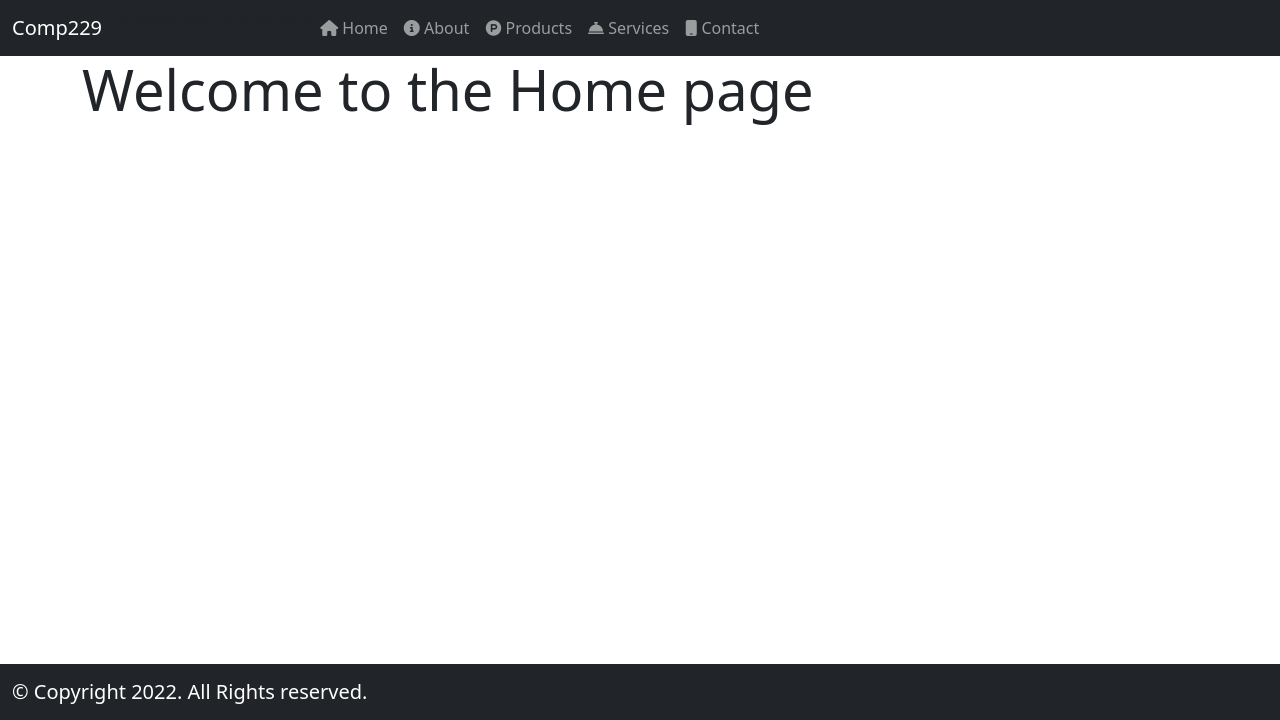
Repository: nhoque7/week3t.2
Page: http://localhost/
The author's editor kept a copy of each file at every save. The page is drawn from the files as they stood at one save, then again after the next save.
The browser window is 1280 px wide. The pictures show the whole page.
The page is served by the project's Node server (server.js). Other server files are loaded and not shown.

Above is the page before, as saved 2022-10-14 00:07:33.

### views/index.ejs
<%- include partials/header.ejs %>


<%- include partials/main_nav.ejs %>


  <!--Main Content-->
  <main class="container">
    <div class="jumbotorn">
      <h1 class="display-4">Welcome to the <%= title %> page</h1>
    </div>
  </main>

<%- include partials/bottom_nav.ejs %>

<%- include partials/footer.ejs %>

### views/partials/header.ejs
<!DOCTYPE html>
<html lang="en">
<head>
  <meta charset="UTF-8">
  <meta http-equiv="X-UA-Compatible" content="IE=edge">
  <meta name="viewport" content="width=device-width, initial-scale=1.0">
  <title><%= title %></title>
  <!-- CSS Section -->
  <link rel="stylesheet" href="/bootstrap/dist/css/bootstrap.min.css">
  <link rel="stylesheet" href="/@fortawesome/fontawesome-free/css/all.min.css">
  <link rel='stylesheet' href='/Content/app.css' />

</head>
<body>

### views/partials/main_nav.ejs
<!--Main Navigation-->
  <nav class="navbar navbar-expand-lg navbar-dark bg-dark">
    <div class="container-fluid">
      <a class="navbar-brand" href="/">Comp229</a>
      <button class="navbar-toggler" type="button" data-bs-toggle="collapse" data-bs-target="#navbarSupportedContent" aria-controls="navbarSupportedContent" aria-expanded="false" aria-label="Toggle navigation">
        <span class="navbar-toggler-icon"></span>
      </button>

      <div class="collapse navbar-collapse" id="navbarSupportedContent">
        <ul class="navbar-nav me-auto mb-2 mb-lg-0">

          <% if (title == "Home") { %>
          < class="nav-item active">
          <% } else { %>
          <% } %>
          <li class="nav-item">
            <a class="nav-link" aria-current="page" href="/home"><i class="fa-sharp fa-solid fa-house"></i> Home</a>
          </li>

          <% if (title == "About") { %>
          < class="nav-item active">
          <% } else { %>
          <% } %>
          <li class="nav-item">
            <a class="nav-link" aria-current="page" href="/about"><i class="fa-sharp fa-solid fa-circle-info"></i> About</a>
          </li>

          <% if (title == "Products") { %>
          < class="nav-item active">
          <% } else { %>
          <% } %>
          <li class="nav-item">
            <a class="nav-link" aria-current="page" href="/products"><i class="fa-brands fa-product-hunt"></i> Products</a>
          </li>

          <% if (title == "Services") { %>
          < class="nav-item active">
          <% } else { %>
          <% } %>
          <li class="nav-item">
            <a class="nav-link" aria-current="page" href="/services"><i class="fa-sharp fa-solid fa-bell-concierge"></i> Services</a>
          </li>

          <% if (title == "Contact") { %>
          < class="nav-item active">
          <% } else { %>
          <% } %>
          <li class="nav-item">
            <a class="nav-link" aria-current="page" href="/contact"><i class="fa-solid fa-mobile"></i> Contact</a>
          </li>

      </div>
    </div>
  </nav>

### views/partials/bottom_nav.ejs
<!-- Bottom Nav -->
  <footer>
    <nav class="navbar fixed-bottom navbar-dark bg-dark">

      <div class="container-fluid">
        <a class="navbar-brand" href="#">&copy; Copyright 2022. All Rights reserved.</a>
      </div>
    </nav>
  </footer>

### views/partials/footer.ejs
   <!-- Script Section -->
    <script src="/jquery/dist/jquery.min.js"></script>
    <script src="/bootstrap/dist/js/bootstrap.min.js"></script>
    <script src="/Scripts/app.js"></script>

</body>
</html>

### server.js
#!/usr/bin/env node

/**
 * Module dependencies.
 */

var app = require('./app');
var debug = require('debug')('week3.t.2:server');
var http = require('http');

/**
 * Get port from environment and store in Express.
 */

var port = normalizePort(process.env.PORT || '3000');
app.set('port', port);

/**
 * Create HTTP server.
 */

var server = http.createServer(app);

/**
 * Listen on provided port, on all network interfaces.
 */

server.listen(port);
server.on('error', onError);
server.on('listening', onListening);

/**
 * Normalize a port into a number, string, or false.
 */

function normalizePort(val) {
  var port = parseInt(val, 10);

  if (isNaN(port)) {
    // named pipe
    return val;
  }

  if (port >= 0) {
    // port number
    return port;
  }

  return false;
}

/**
 * Event listener for HTTP server "error" event.
 */

function onError(error) {
  if (error.syscall !== 'listen') {
    throw error;
  }

  var bind = typeof port === 'string'
    ? 'Pipe ' + port
    : 'Port ' + port;

  // handle specific listen errors with friendly messages
  switch (error.code) {
    case 'EACCES':
      console.error(bind + ' requires elevated privileges');
      process.exit(1);
      break;
    case 'EADDRINUSE':
      console.error(bind + ' is already in use');
      process.exit(1);
      break;
    default:
      throw error;
  }
}

/**
 * Event listener for HTTP server "listening" event.
 */

function onListening() {
  var addr = server.address();
  var bind = typeof addr === 'string'
    ? 'pipe ' + addr
    : 'port ' + addr.port;
  debug('Listening on ' + bind);
}

### routes/index.js
var express = require('express');
var router = express.Router();

/* GET home page. */
router.get('/', function(req, res, next) {
  res.render('index',
    { title: 'Home'});
});
/* GET home page. */
router.get('/home', function(req, res, next) {
  res.render('index',
    { title: 'Home'});
});
/* GET About page. */
router.get('/about', function(req, res, next) {
  res.render('index',
    { title: 'About'});
});
/* GET Products page. */
router.get('/products', function(req, res, next) {
  res.render('index',
    { title: 'Products'});
});
/* GET Services page. */
router.get('/services', function(req, res, next) {
  res.render('index',
    { title: 'Services'});
});

/* GET Contact Us page. */
router.get('/contact', function(req, res, next) {
  res.render('index',
    { title: 'Contact Us'});
});

module.exports = router;

### app.js
let createError = require('http-errors');
let express = require('express');
let path = require('path');
let cookieParser = require('cookie-parser');
let logger = require('morgan');

let indexRouter = require('./routes/index');
let usersRouter = require('./routes/users');

let app = express();

// view engine setup
app.set('views', path.join(__dirname, 'views'));
app.set('view engine', 'ejs');

app.use(logger('dev'));
app.use(express.json());
app.use(express.urlencoded({ extended: false }));
app.use(cookieParser());
app.use(express.static(path.join(__dirname, 'public')));
app.use(express.static(path.join(__dirname, 'node_modules')));

app.use('/', indexRouter);
app.use('/users', usersRouter);

// catch 404 and forward to error handler
app.use(function(req, res, next) {
  next(createError(404));
});

// error handler
app.use(function(err, req, res, next) {
  // set locals, only providing error in development
  res.locals.message = err.message;
  res.locals.error = req.app.get('env') === 'development' ? err : {};

  // render the error page
  res.status(err.status || 500);
  res.render('error');
});

module.exports = app;

### public/Content/app.css
/*custom css goes here

### public/Scripts/app.js
// IIFE -- Immediately Invoked Function Expression
(function(){
    function Start()
    {
        console.log("App Started...");
    }
    window.addEventListener("load", Start);

});

After the next save:
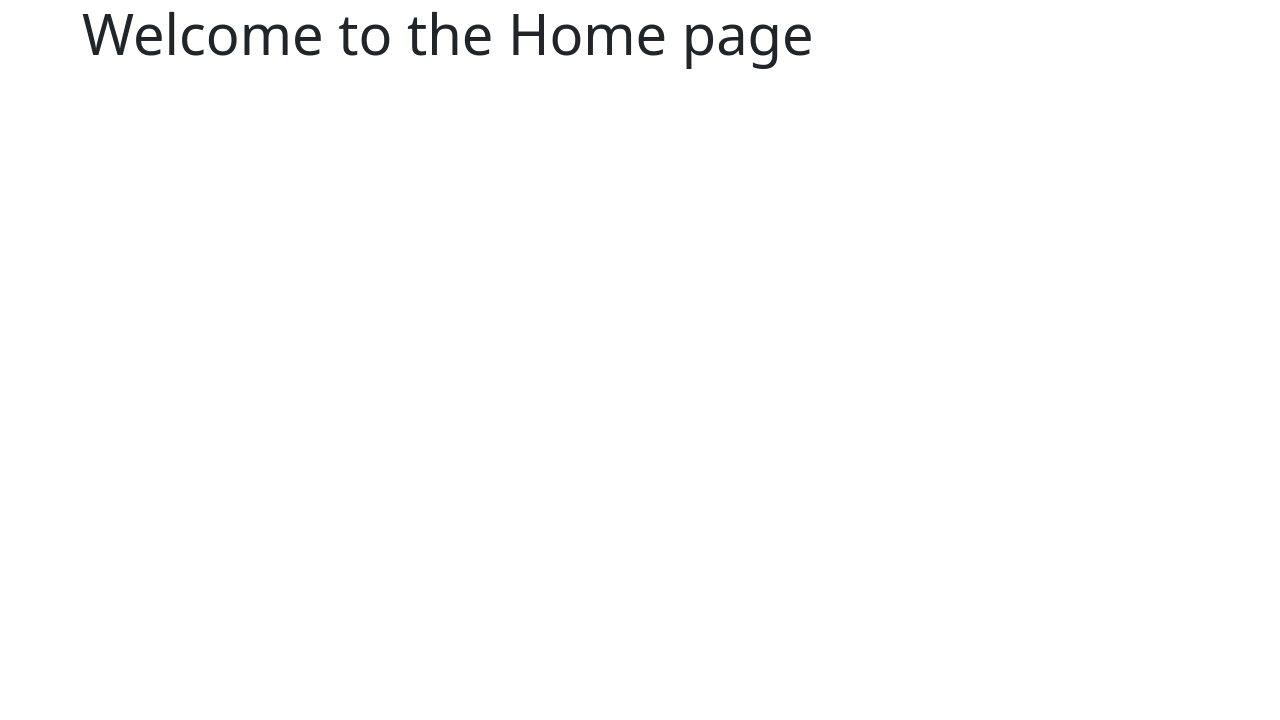
Saved 13 min 9 s later.
--- a/views/index.ejs
+++ b/views/index.ejs
@@ -1,7 +1,7 @@
 <%- include partials/header.ejs %>
 
 
-<%- include partials/main_nav.ejs %>
+
 
 
   <!--Main Content-->
@@ -10,7 +10,3 @@
       <h1 class="display-4">Welcome to the <%= title %> page</h1>
     </div>
   </main>
-
-<%- include partials/bottom_nav.ejs %>
-
-<%- include partials/footer.ejs %>
